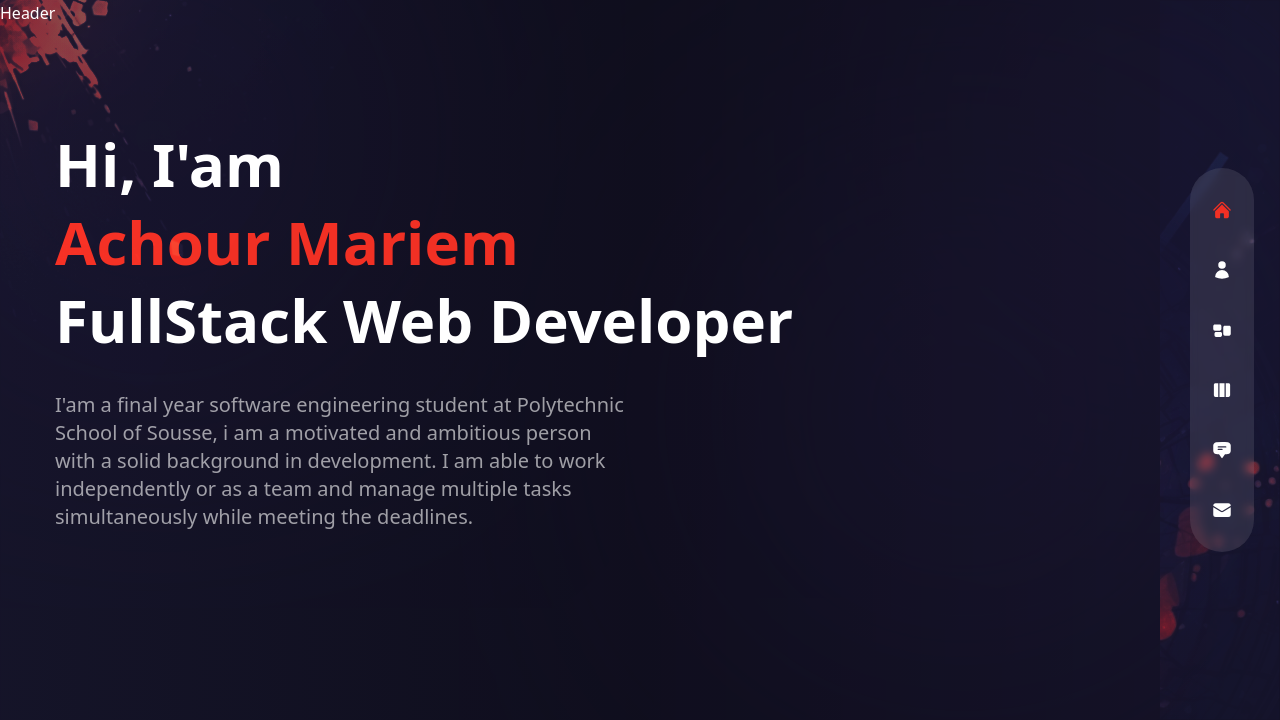
Repository: AchourMaryem/My-personal-portfolio
Page: /
These files come from the project's save history. The page is drawn as it stood at one moment and after the next save; the edit follows.
The browser window is 1280 px wide. The pictures show the whole page.
The project was rebuilt for these pictures with package versions that can differ from the ones it lists, and the page was loaded fresh each time. The framework's server and built-in components were replaced by stand-ins that run in the browser. Also part of the build but not shown: next.config.js, components/ParticlesContainer.js, components/ProjectsBtn.js, components/Avatar.js.

Above is the page before, as saved 2023-09-21 16:30:48.

### pages/_app.js
import '../styles/globals.css';
import Layout from '../components/Layout';
import Transition from '../components/Transition';
import { useRouter } from 'next/router';
import { AnimatePresence, motion } from 'framer-motion';

function MyApp({ Component, pageProps }) {
  const router = useRouter();
  return(
  <Layout>
    <AnimatePresence mode='wait'>
      <motion.div key={router.route} className='h-full'>
        <Transition />
        <Component {...pageProps} />
      </motion.div>
  </AnimatePresence>
  </Layout>
  );
}

export default MyApp;

### pages/index.js
import Image from "next/image";
import ParticlesContainer from '../components/ParticlesContainer';
import ProjectsBtn from '../components/ProjectsBtn';
import Avatar from '../components/Avatar';
import { motion } from 'framer-motion';
import { fadeIn } from '../variants';

const Home = () => {
  return (

    <div className='bg-primary/60 h-full'>
      {/* text */}
      <div className="w-full h-full bg-gradient-to-r from-primary/10 via-black/30 to-black/10 " >
        <div className="text-center flex flex-col justify-center xl:pt-50 xl:text-left h-full container mx-auto">
          {/* titre */}
          <motion.h1
           variants={fadeIn('down', 0.2)}
           initial='hidden'
           animate='show'
           exit='hidden'
            className="h1">
            Hi, I'am {''}
            <br></br> <span className="text-accent">Achour Mariem</span>
            <br></br>
            FullStack Web Developer
          </motion.h1>
          <motion.p
          variants={fadeIn('down',0.3)}
          initial='hidden'
          animate='show'
          exit='hidden'
          className='max-w-sm xl:max-w-xl mx-auto xl:mx-0 mb-10 xl:mb-16 text-xl' >
            I'am a final year software engineering student at Polytechnic School of Sousse, i am a motivated and ambitious person with a solid background in development. I am able to work independently or as a team and manage multiple tasks simultaneously while meeting the deadlines.
          </motion.p>
        </div>
      </div>
      {/* image */}
      <div className="w-[120px] h-full absolute right-0 bottom-0">
       {/* bg-image */}
        <div className="bg-none xl:bg-explosion xl:bg-cover xl:bg-right
         xl:bg-no-repeat w-full h-full absolute mix-blend-color-dodge translate-z-0"></div>
      </div>
    </div>
  );
};

export default Home;

### styles/globals.css
@tailwind base;
@tailwind components;
@tailwind utilities;

.translate-z-0 {
  transform: translateZ(0px);
}
.swiper-horizontal > .swiper-pagination-bullets .swiper-pagination-bullet,
.swiper-pagination-horizontal.swiper-pagination-bullets
  .swiper-pagination-bullet {
  background-color: #f13024;
}

.swiper-button-next:after,
.swiper-button-prev:after,
.swiper-button-next:after,
.swiper-rtl .swiper-button-prev:after {
  color: #f13024;
}

@layer base {
  body {
    @apply bg-secondary overflow-hidden leading-relaxed;
  }
  .page {
    @apply w-full h-screen overflow-hidden;
  }
  .h1 {
    @apply text-[35px] leading-tight md:text-[60px] md:leading-[1.3] mb-8 font-semibold;
  }
  .h2 {
    @apply text-[35px] leading-tight md:text-[54px] md:leading-[1.3] mb-4 font-semibold;
  }
  p {
    @apply leading-[1.8] text-white/60 font-light;
  }
  .btn,
  .input {
    @apply h-[52px];
  }
  .input {
    @apply w-full h-[52px] rounded-lg pl-6 capitalize;
  }
  .input,
  .textarea {
    @apply bg-transparent outline-none focus:ring-1 focus:ring-accent border border-white/20 placeholder:text-white/30 placeholder:font-light;
  }
  .textarea {
    @apply w-full h-[180px] p-6 capitalize rounded-lg resize-none;
  }
  .scrollable-content {
    /* Modifier la couleur de la barre de défilement en gris */
    scrollbar-width: thin;
    scrollbar-color: gray gray; /* Couleur de la barre de défilement et du track (fond) */
  }

  .scrollable-content::-webkit-scrollbar {
    width: 6px; /* Largeur de la barre de défilement */
  }

  .scrollable-content::-webkit-scrollbar-thumb {
    background-color: gray; /* Couleur de la barre de défilement */
  }

}

### components/Layout.js
import {Sora} from '@next/font/google'


const sora = Sora({
  subsets:['latin'],
  variable:'--font-sora',
  weight:['100','200','300','400','500','600','700','800'],
});
import Nav from '../components/Nav'
import Header from '../components/Header'
import TopLeftImg from '../components/TopLeftImg'

const Layout = ({children}) => {
  return <div className={'page bg-site text-white bg-cover bg-no-repeat ${sora.variable} font-sora relative '}>
   <TopLeftImg />
    <Nav />
    <Header />
    {children}
  </div>;
};

export default Layout;

### components/Transition.js
import {motion} from 'framer-motion';

const transitionVariants = {
  initial: {
    x: '100%',
    width: '100%',
  },
  animate: {
    x: '0%',
    width: '0%',
  },
  exit: {
    x: ['0%', '100%'],
    width: ['0%', '100%'],
  },
};

const Transition = () => {
  return (
    <>
      <motion.div
        className='fixed top-0 bottom-0 right-full w-screen h-screen z-30 bg-[#2e2257]'
        variants={transitionVariants}
        initial='initial'
        animate='animate'
        exit='exit'
        transition={{ delay: 0.2, duration: 0.6, ease: 'easeInOut' }}
      >
      </motion.div>
      <motion.div
        className='fixed top-0 bottom-0 right-full w-screen h-screen z-20 bg-[#3b2d71]'
        variants={transitionVariants}
        initial='initial'
        animate='animate'
        exit='exit'
        transition={{ delay: 0.4, duration: 0.6, ease: 'easeInOut' }}
      >
      </motion.div>
      <motion.div
        className='fixed top-0 bottom-0 right-full w-screen h-screen z-10 bg-[#4b3792]'
        variants={transitionVariants}
        initial='initial'
        animate='animate'
        exit='exit'
        transition={{ delay: 0.6, duration: 0.6, ease: 'easeInOut' }}
      >
      </motion.div>
    </>
  );
};

export default Transition;

### components/Nav.js
// icons
import {
  HiHome,
  HiUser,
  HiViewColumns,
  HiRectangleGroup,
  HiChatBubbleBottomCenterText,
  HiEnvelope,
} from 'react-icons/hi2';

// nav data
export const navData = [
  { name: 'home', path: '/', icon: <HiHome /> },
  { name: 'about', path: '/about', icon: <HiUser /> },
  { name: 'services', path: '/services', icon: <HiRectangleGroup /> },
  { name: 'work', path: '/work', icon: <HiViewColumns /> },
  {
    name: 'testimonials',
    path: '/testimonials',
    icon: <HiChatBubbleBottomCenterText />,
  },
  {
    name: 'contact',
    path: '/contact',
    icon: <HiEnvelope />,
  },
];
import Link from 'next/link';
import { useRouter } from 'next/router';
const Nav = () => {
  const router = useRouter();
  const pathname = router.pathname;
  return (
    <nav className='flex flex-col items-center xl:justify-center gap-y-4 fixed h-max bottom-0 mt-auto xl:right-[2%] z-50 top-0 w-full xl:w-16 xl:max-w-md xl:h-screen' >
      {/*inner*/}
      <div className='flex w-full xl:flex-col items-center justify-between xl:justify-center gap-y-10 px-4 md:px-40 xl:px-0 h-[80px] xl:h-max py-8 bg-white/10 backdrop-blur-sm text-3xl xl:text-xl xl:rounded-full '>
        {navData.map((link, index) => {
         return(
          <Link
          className={`${link.path === pathname && 'text-accent'} relative flex items-center group hover:text-accent transition-all duration-300`}
          href={link.path}
          key={index}
          >

          {/* tooltip */}
          <div className='absolute pr-14 right-0 hidden xl:group-hover:flex'>
          <div className='bg-white relative flex text-primary itemscenter p-[6px] rounded-[3px]'>
          <div className='text-[12px] leading-none font-semibold capitalize'>
            {link.name}
            </div>
         {/* triangle */}
         <div className='border-solid border-l-white border-l-8 border-y-transparent border-y-[6px] border-r-0 absolute -right-2'></div>

          </div>
          </div>
         <div> {link.icon}</div>

        </Link>
        );
})}
      </div>
    </nav>
  );
};

export default Nav;

### components/TopLeftImg.js
import Image from "next/image";
const TopLeftImg = () => {
  return <div className="absolute left-0 top-0 mix-blend-color-dodge z-10 w-[200px] xl:w-[400px] opacity-50">
    <Image src='/top-left-img.png' width={400} height={400}  alt=""/>
  </div>;
};

export default TopLeftImg;

Loaded but not shown: variants.js (common file); components/Header.js (common file); tailwind.config.js (common file)

After the next save:
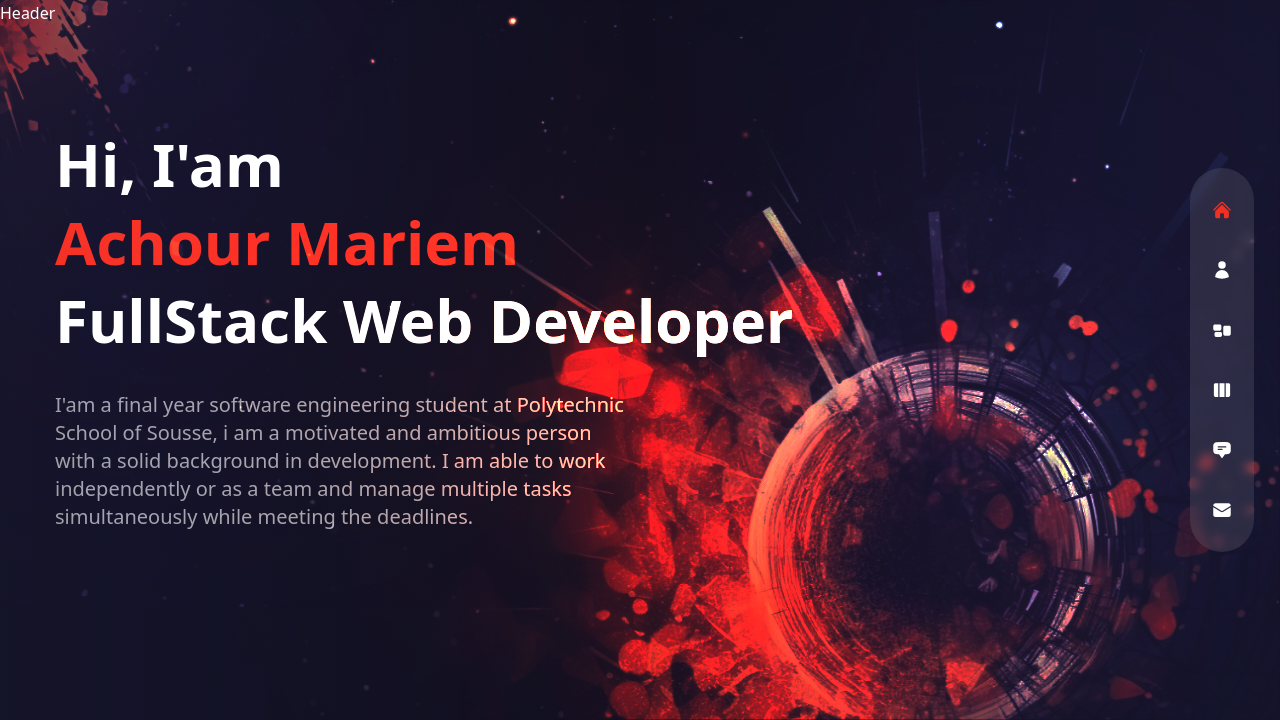
Saved 41 s later.
--- a/pages/index.js
+++ b/pages/index.js
@@ -35,7 +35,7 @@ const Home = () => {
         </div>
       </div>
       {/* image */}
-      <div className="w-[120px] h-full absolute right-0 bottom-0">
+      <div className="w-[1200px] h-full absolute right-0 bottom-0">
        {/* bg-image */}
         <div className="bg-none xl:bg-explosion xl:bg-cover xl:bg-right
          xl:bg-no-repeat w-full h-full absolute mix-blend-color-dodge translate-z-0"></div>
